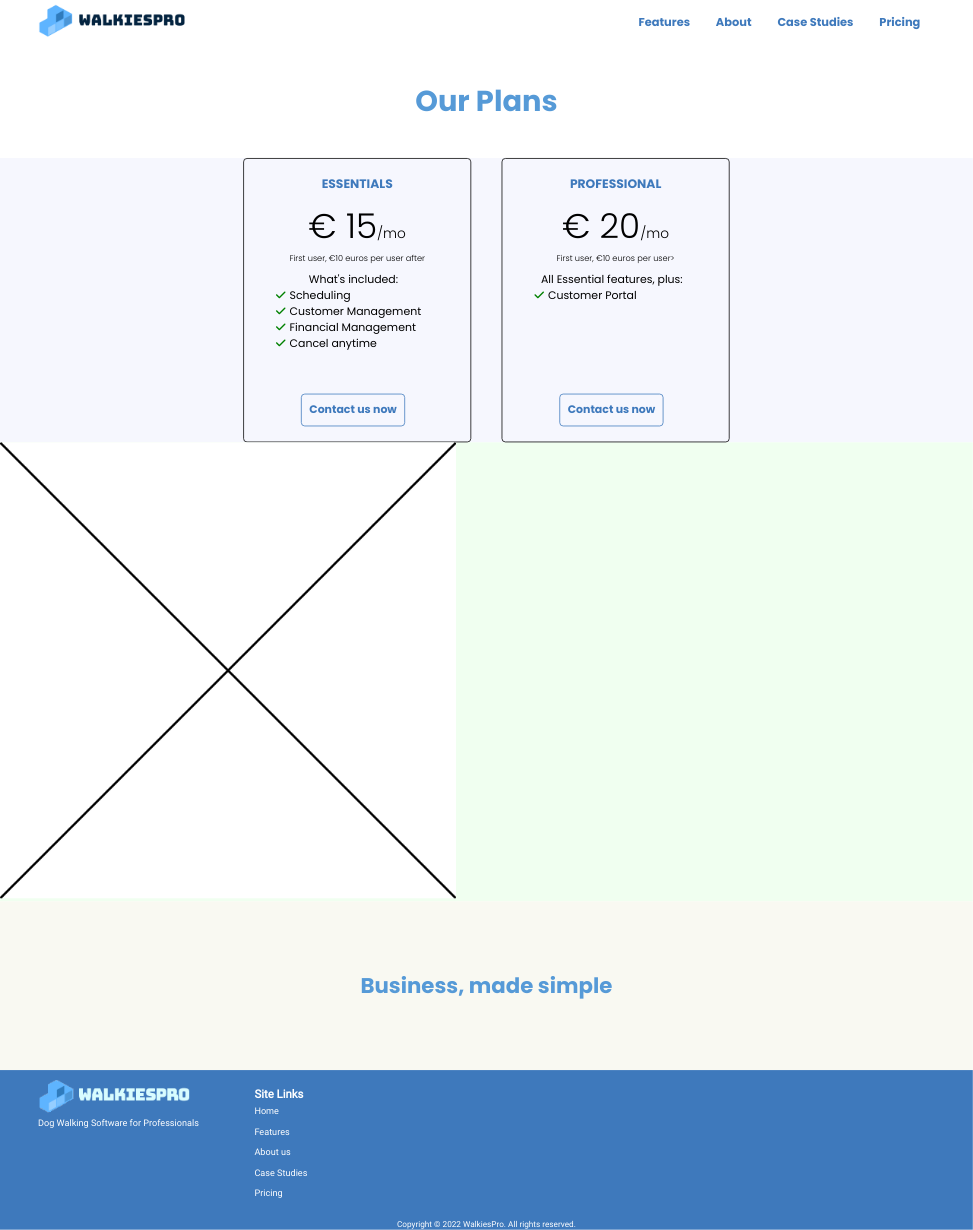
Repository: StevieC87/LAYOUT4
Page: pricing.html
The author's editor kept a copy of each file at every save. The page is drawn from the files as they stood at one save, then again after the next save.
The browser window is 1280 px wide. The pictures show the whole page, at 76% of full size.

Above is the page before, as saved 2022-01-05 20:55:09.

After the next save:
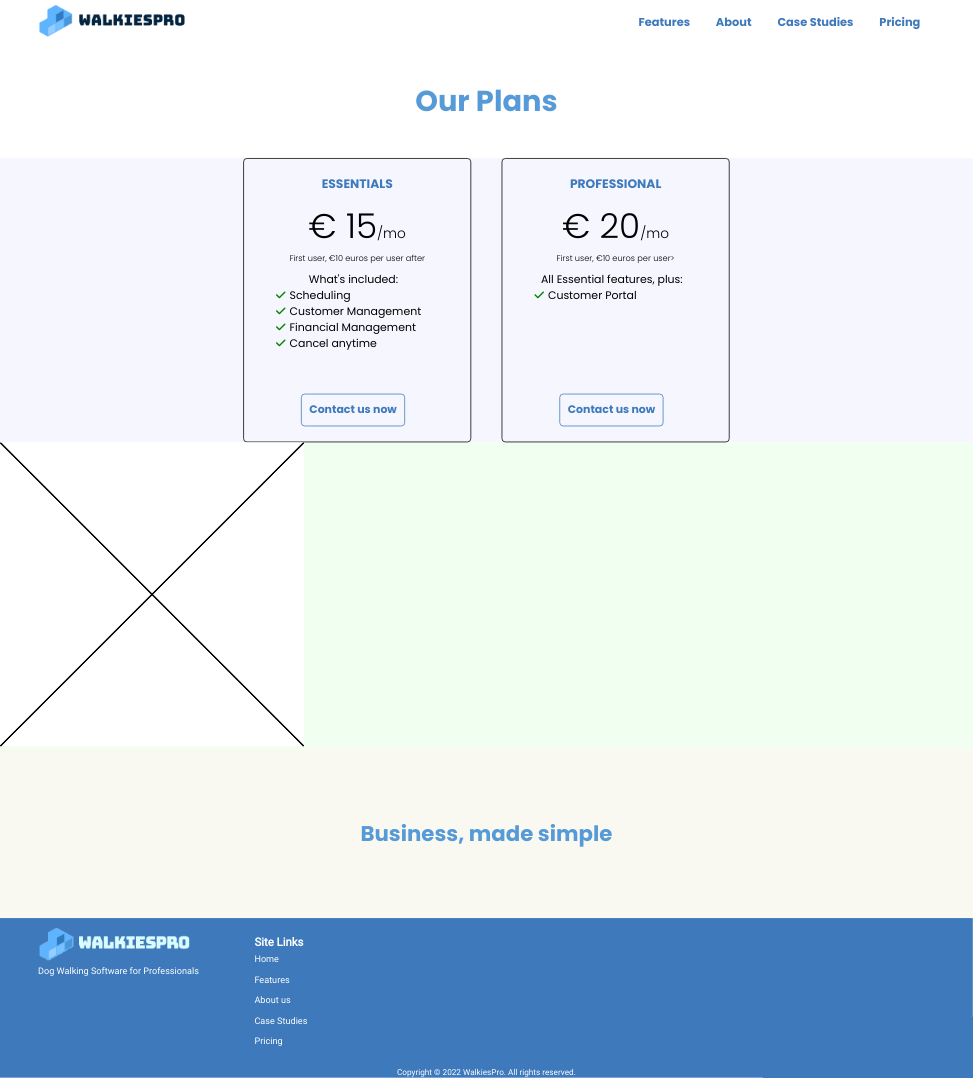
Saved 52 s later.
--- a/pricing.html
+++ b/pricing.html
@@ -106,7 +106,7 @@
       <section class="imagegallerywrapper">
         <div class="imagegalleryinnerwrapper">
             <div class="imagegallery">
-              <img src="images/3.png" alt="">
+              <img src="images/3.png" alt="" width="400px">
             </div>
 
         </div>
